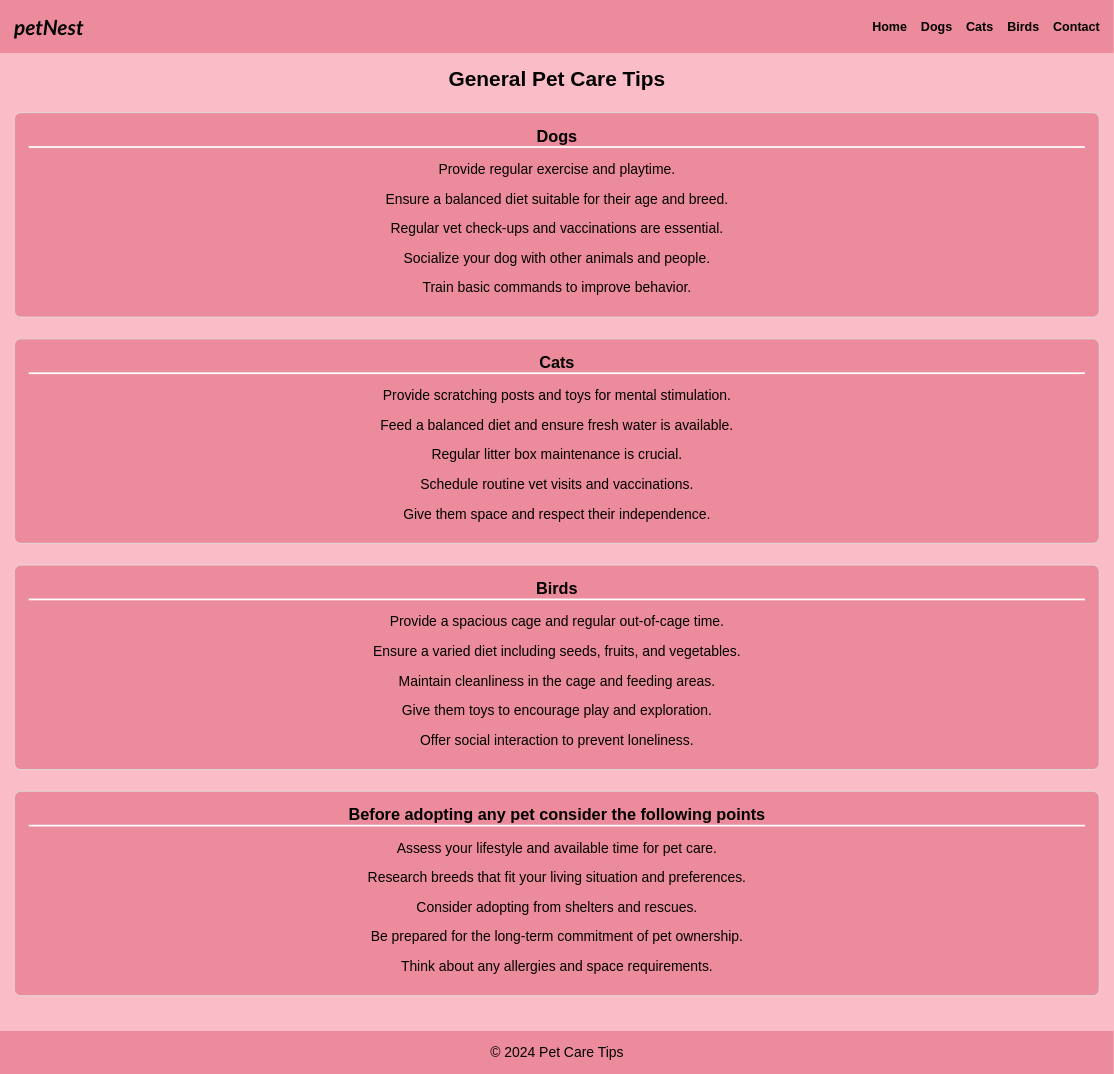
Repository: SHAHZADcodr/pet_care
Page: pages/tips.html
These files come from the project's save history. The page is drawn as it stood at one moment and after a run of saves; the edit follows.
The browser window is 1280 px wide. The pictures show the whole page, at 87% of full size.

Above is the page before, as saved 2024-11-04 23:29:11.

After the next 2 saves:
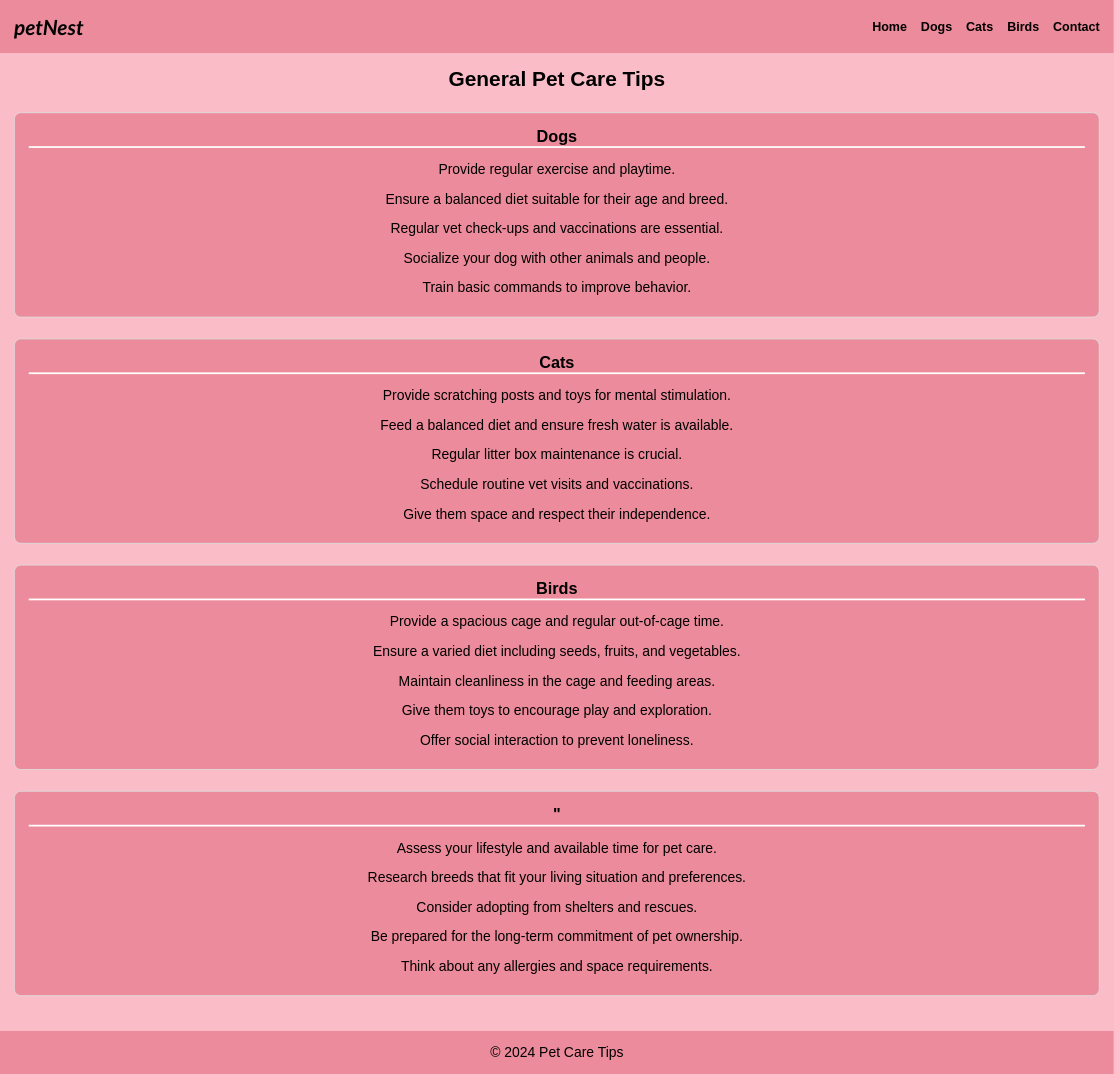
The 2 saves are shown as one change because they came seconds apart.
The last was saved 38 s later.
--- a/pages/tips.html
+++ b/pages/tips.html
@@ -52,7 +52,7 @@
             </ul>
         </section>
         <section>
-            <h3>Before adopting any pet consider the following points</h3>
+            <h3>"</h3>
             <ul>
                 <li>Assess your lifestyle and available time for pet care.</li>
                 <li>Research breeds that fit your living situation and preferences.</li>
